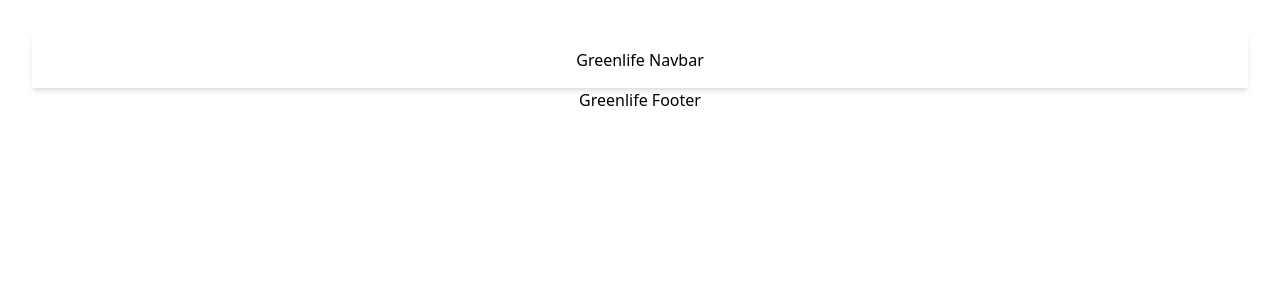
Repository: estevam02009/greenlife
Page: /
The author's editor kept a copy of each file at every save. The page is drawn from the files as they stood at one save, then again after the next save.
The browser window is 1280 px wide. The pictures show the whole page.
The project was rebuilt for these pictures with package versions that can differ from the ones it lists, and the page was loaded fresh each time. Also part of the build but not shown: vite.config.js.

Above is the page before, as saved 2025-07-23 09:33:01.

After the next save:
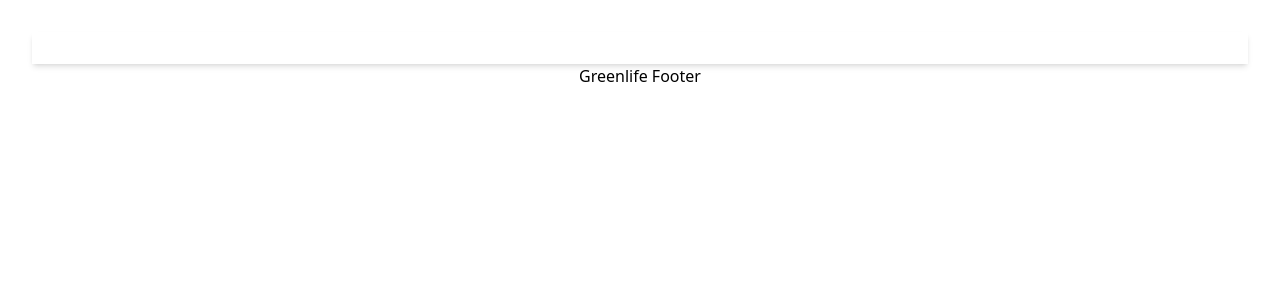
Saved 41 s later.
--- a/src/components/Navbar.jsx
+++ b/src/components/Navbar.jsx
@@ -3,7 +3,7 @@
 const Navbar = () => {
     return (
         <nav className="bg-white p-4 shadow-md">
-            <h1>Greenlife Navbar</h1>
+            <div className="container mx-auto flex items-center justify-between"></div>
         </nav>
     )
 }
